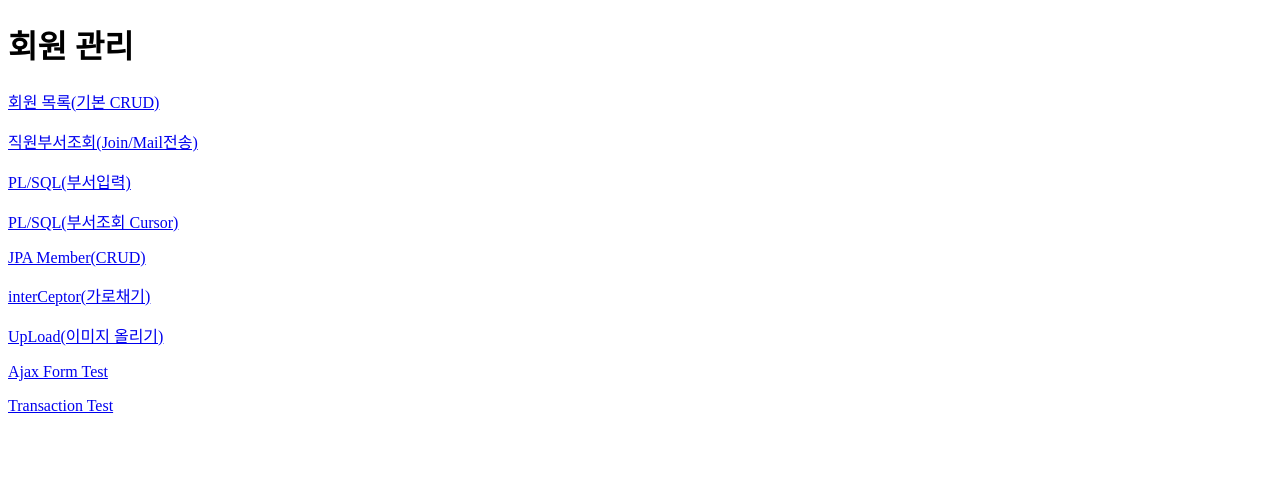
Repository: min99lv/choongang_spring_git
Page: oBootMybatis01/src/main/resources/static/index.html
An editor plug-in stored every save of this project. The page is shown before and after the next save, followed by the edit.
The browser window is 1280 px wide. The pictures show the whole page.

Above is the page before, as saved 2024-08-20 06:41:18.

After the next save:
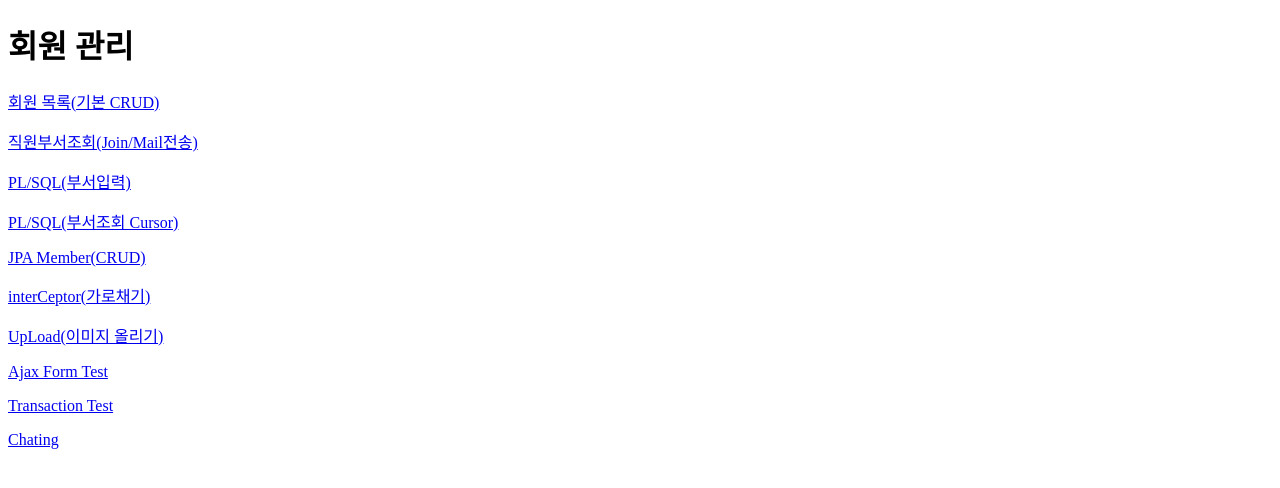
Saved 31 s later.
--- a/oBootMybatis01/src/main/resources/static/index.html
+++ b/oBootMybatis01/src/main/resources/static/index.html
@@ -15,5 +15,6 @@
    	<a href="/upLoadFormStart">UpLoad(이미지 올리기) </a><p>
    	<a href="/ajaxForm">Ajax Form Test </a><p>
    	<a href="/transactionInsertUpdate">Transaction Test</a><p>
+   	<a href="/chat">Chating </a><p>
 </body>
 </html>
